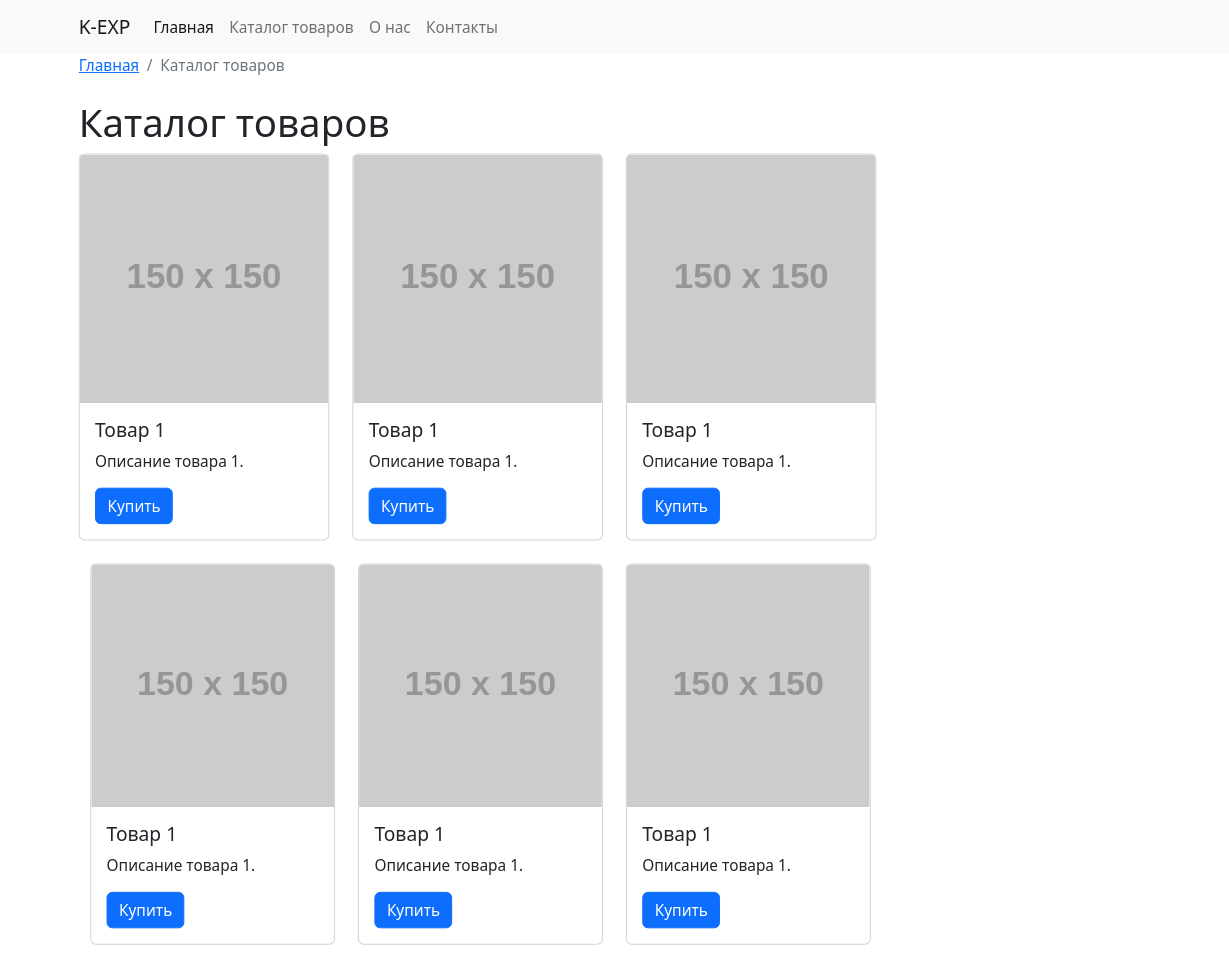
Repository: smartsoltech/kexp-shop
Page: main/catalog/templates/catalog/base.html
These files come from the project's save history. The page is drawn as it stood at one moment and after the next save; the edit follows.
The browser window is 1280 px wide. The pictures show the whole page, at 96% of full size.
The template is drawn by Django 4.2. The application's start-up code is not run. The template is opened directly, without the code that normally fills it, so the values that code supplies are empty.

Above is the page before, as saved 2023-03-14 14:09:13.

After the next save:
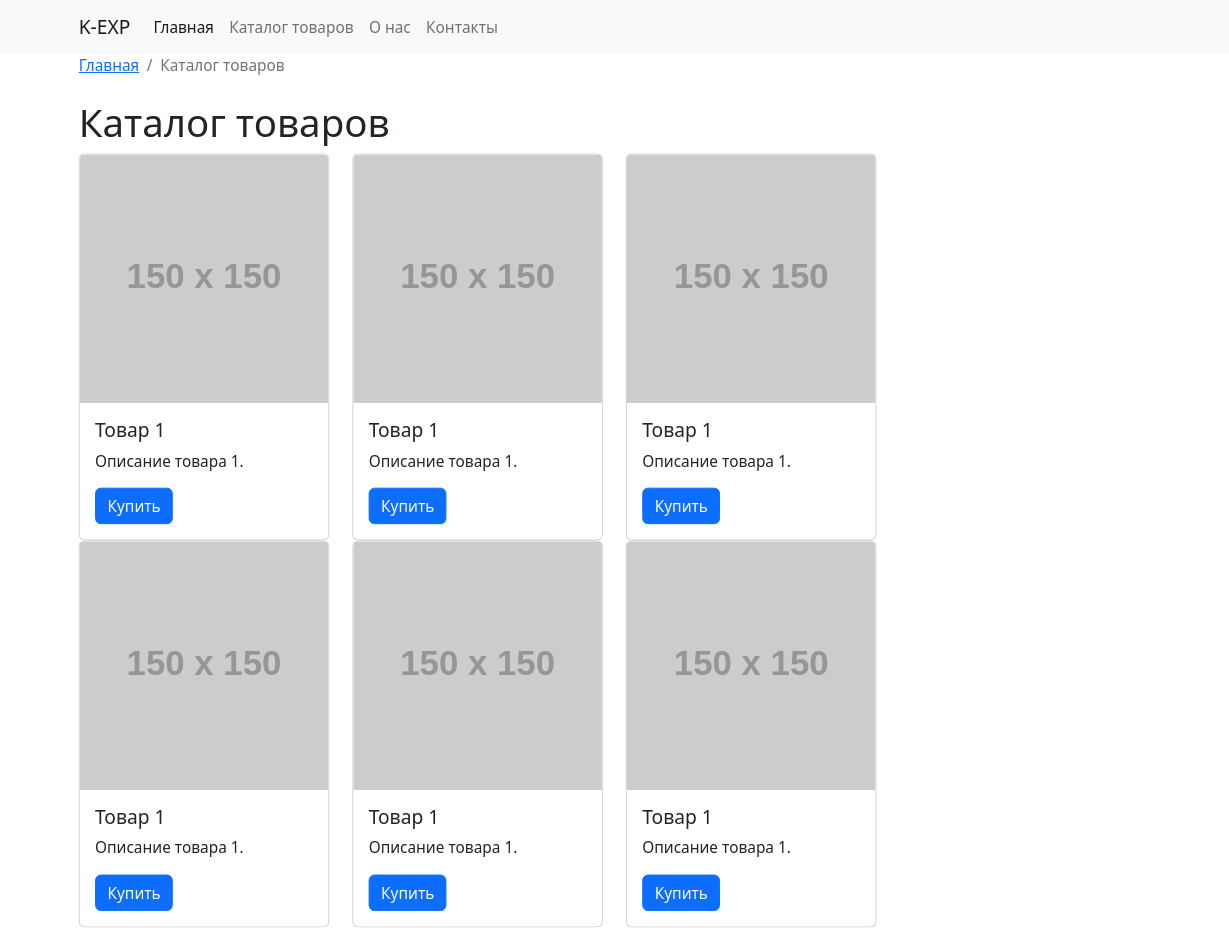
Saved 12 s later.
--- a/main/catalog/templates/catalog/base.html
+++ b/main/catalog/templates/catalog/base.html
@@ -79,7 +79,6 @@
     </div>
   </div>
   </div>
-  <div class="container my-4">
     <div class="row">
       <div class="col-md-3">
         <div class="card">
